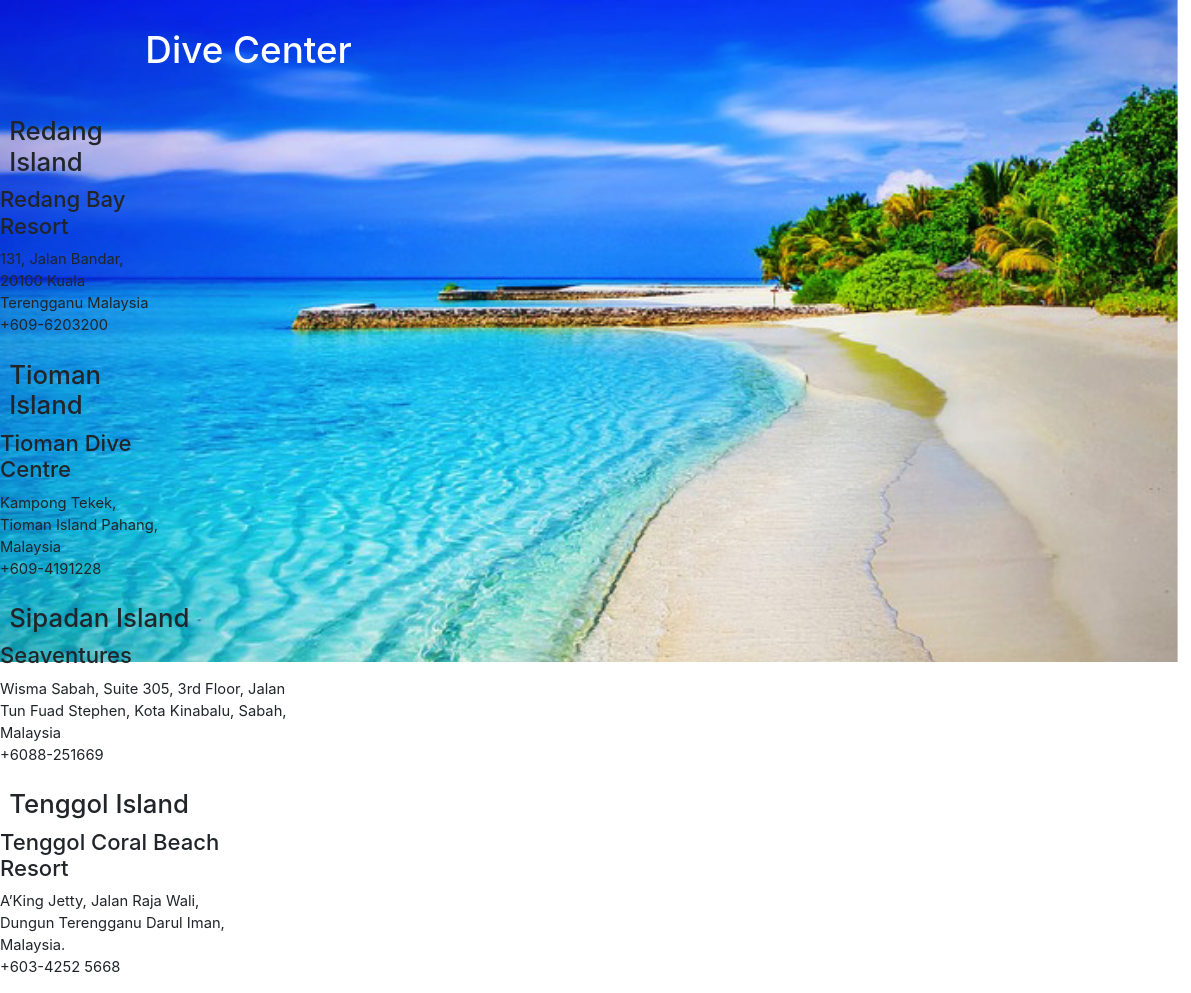
Repository: Code-Institute-Submissions/cathyann-diving.github.io
Page: divecenter.html
The author's editor kept a record of every edit. The page is drawn from the files as they stood at one moment, then again after the next edit.
The browser window is 1280 px wide. The page is 1295 px wide, so the pictures cover 1295 px, including what lies to the right of the window. The pictures show the whole page, at 92% of full size.

Above is the page before.

After the next edit:
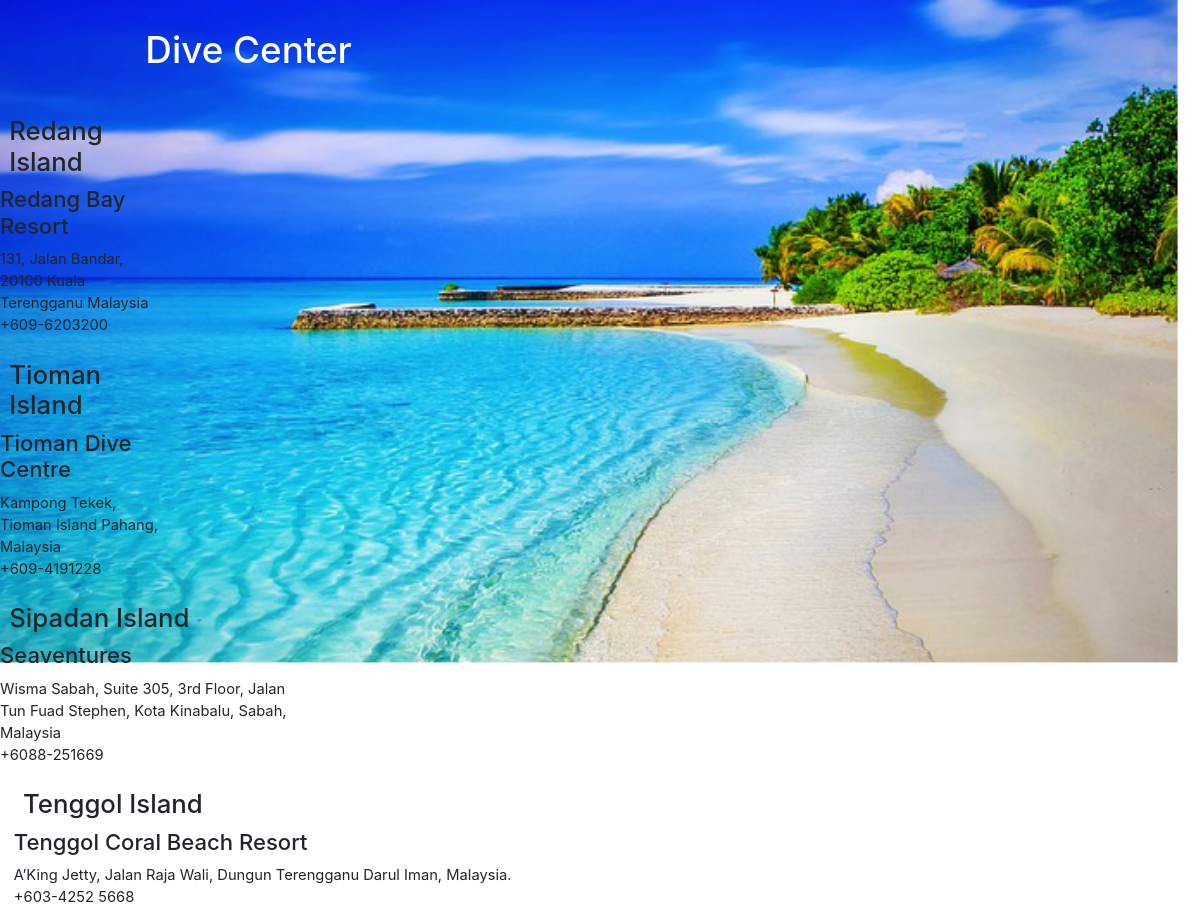
The edit:
--- a/divecenter.html
+++ b/divecenter.html
@@ -50,7 +50,7 @@
             </div>
         </div>
         </div>
-        <div class="row">
+        <div class="">
         <div class="">
             <div class="col-12 col-sm-6 col-lg-6">
                 <h3>Tenggol Island</h3>
